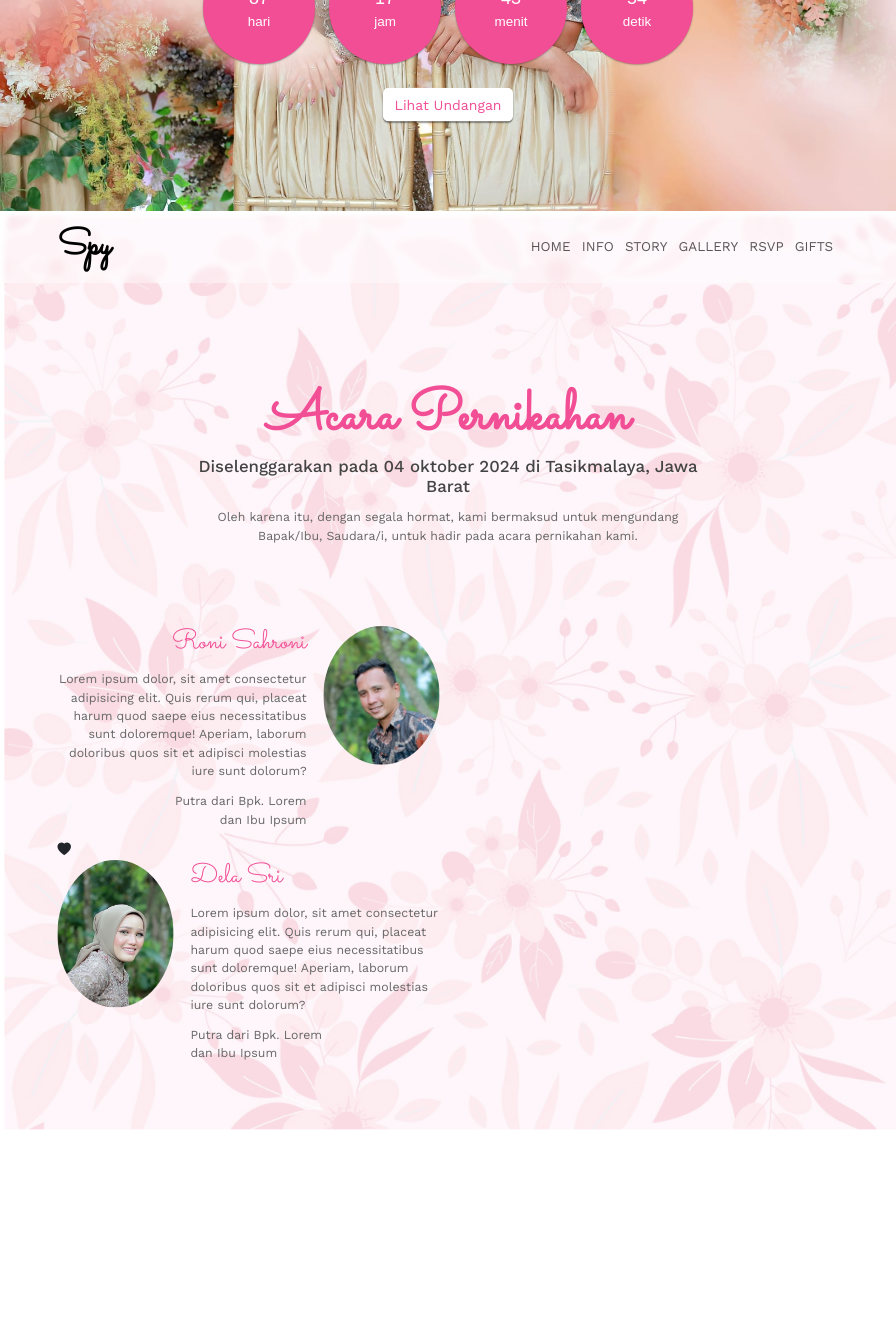
Repository: sellayspy/invitation
Page: index.html
These files come from the project's save history. The page is drawn as it stood at one moment and after the next save; the edit follows.
The browser window is 1280 px wide. The pictures show the part of the page from y = 419 to 2339 px (the page is 4000 px tall), at 70% of full size.

Above is the page before, as saved 2024-07-08 16:21:45.

After the next save:
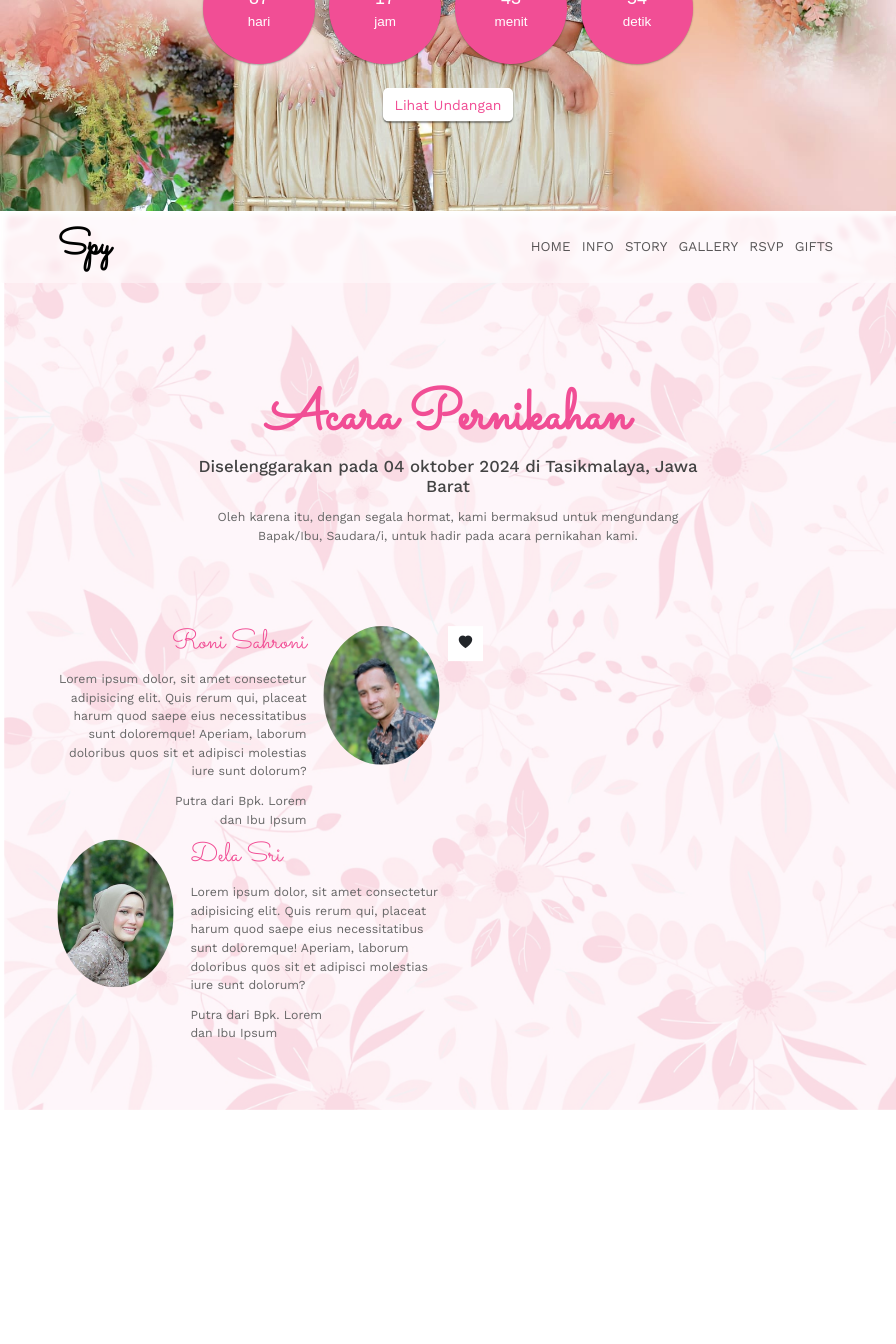
Saved 64 s later.
--- a/style.css
+++ b/style.css
@@ -124,6 +124,17 @@ body {
   width: 100%;
 }
 
+.home .heart {
+  width: 50px;
+  height: 50px;
+  background-color: white;
+  display: flex;
+}
+
+.home .heart i {
+  margin: auto;
+}
+
 /* Media Query */
 
 /* Laptop */
